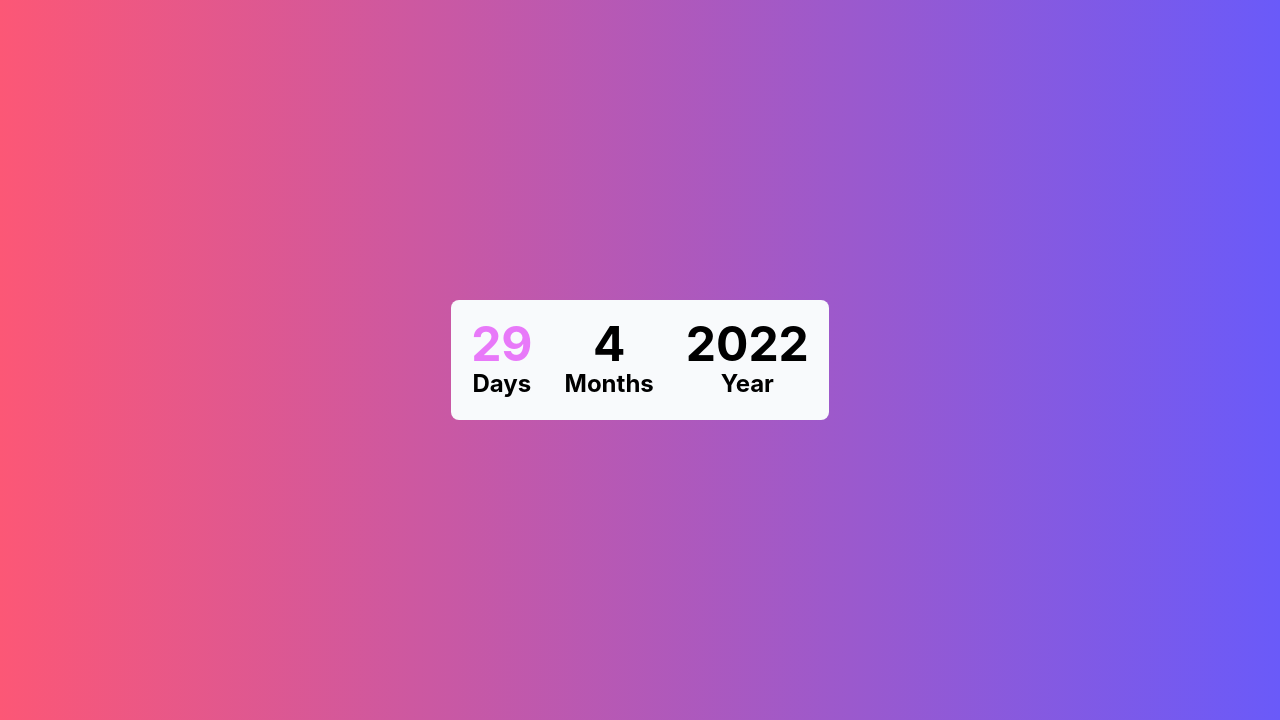
Repository: huynhsang96/bt_codegymHook
Page: /
The author's editor kept a copy of each file at every save. The page is drawn from the files as they stood at one save, then again after the next save.
The browser window is 1280 px wide. The pictures show the whole page.
The project was rebuilt for these pictures with package versions that can differ from the ones it lists, and the page was loaded fresh each time.

Above is the page before, as saved 2022-04-29 16:36:28.

### src/index.js
import React from "react";
import ReactDOM from "react-dom/client";
import "./index.css";
import App from "./App";
import reportWebVitals from "./reportWebVitals";

const root = ReactDOM.createRoot(document.getElementById("root"));
root.render(
	<React.StrictMode>
		<App />
	</React.StrictMode>
);

reportWebVitals();

### src/index.css
body {
	margin: 0;
	font-family: -apple-system, BlinkMacSystemFont, "Segoe UI", "Roboto", "Oxygen",
		"Ubuntu", "Cantarell", "Fira Sans", "Droid Sans", "Helvetica Neue",
		sans-serif;
	-webkit-font-smoothing: antialiased;
	-moz-osx-font-smoothing: grayscale;
}

code {
	font-family: source-code-pro, Menlo, Monaco, Consolas, "Courier New",
		monospace;
}
@tailwind base;
@tailwind components;
@tailwind utilities;

### src/App.js
import "./App.css";
import Clock from "./component/ClockHook/Clock";

function App() {
	return (
		<div>
			<Clock></Clock>
		</div>
	);
}

export default App;

### src/App.css
*,
*::before,
*::after {
	box-sizing: border-box;
}
* {
	margin: 0;
}

html,
body {
	height: 100%;
}
body {
	line-height: 1.5;
	-webkit-font-smoothing: antialiased;
	-webkit-tap-highlight-color: rgba(0, 0, 0, 0);

	background-image: linear-gradient(to right, #fc5776, #6a5af9);
	display: flex;
	justify-content: center;
	align-items: center;
	height: 100vh;
}

img,
picture,
video,
canvas,
svg {
	display: block;
	max-width: 100%;
}
input,
button,
textarea,
select {
	font: inherit;
	outline: none;
	border: none;
}
p,
h1,
h2,
h3,
h4,
h5,
h6 {
	overflow-wrap: break-word;
}

### src/component/ClockHook/Clock.js
import React, { useEffect, useState } from "react";

const Clock = () => {
	const [now, setNow] = useState(new Date());
	useEffect(() => {
		const timer = setInterval(() => {
			setNow(new Date());
		}, 1000);
		return () => clearInterval(timer);
	}, [now]);
	const years = now.getFullYear();
	const months = now.getMonth() + 1;
	const days = now.getDate();
	const hours = now.getHours();
	const minutes = now.getMinutes();
	const seconds = now.getSeconds();

	// console.log(seconds < 10 ? "0" + seconds : seconds);

	return (
		<div className="p-5 w-full h-full mx-auto">
			<ul className="flex flex-row gap-8 bg-slate-50 p-5 rounded-lg">
				<li className="flex flex-col justify-center text-center">
					<span className="font-bold text-5xl text-fuchsia-400">{days}</span>
					<span className="font-bold text-2xl">Days</span>
				</li>
				<li className="flex flex-col justify-center text-center">
					<span className="font-bold text-5xl">{months}</span>
					<span className="font-bold text-2xl">Months</span>
				</li>
				<li className="flex flex-col justify-center text-center">
					<span className="font-bold text-5xl">{years}</span>
					<span className="font-bold text-2xl">Year</span>
				</li>
			</ul>
		</div>
	);
};

export default Clock;

Loaded but not shown: public/index.html (common file); src/reportWebVitals.js (common file); tailwind.config.js (common file)

After the next save:
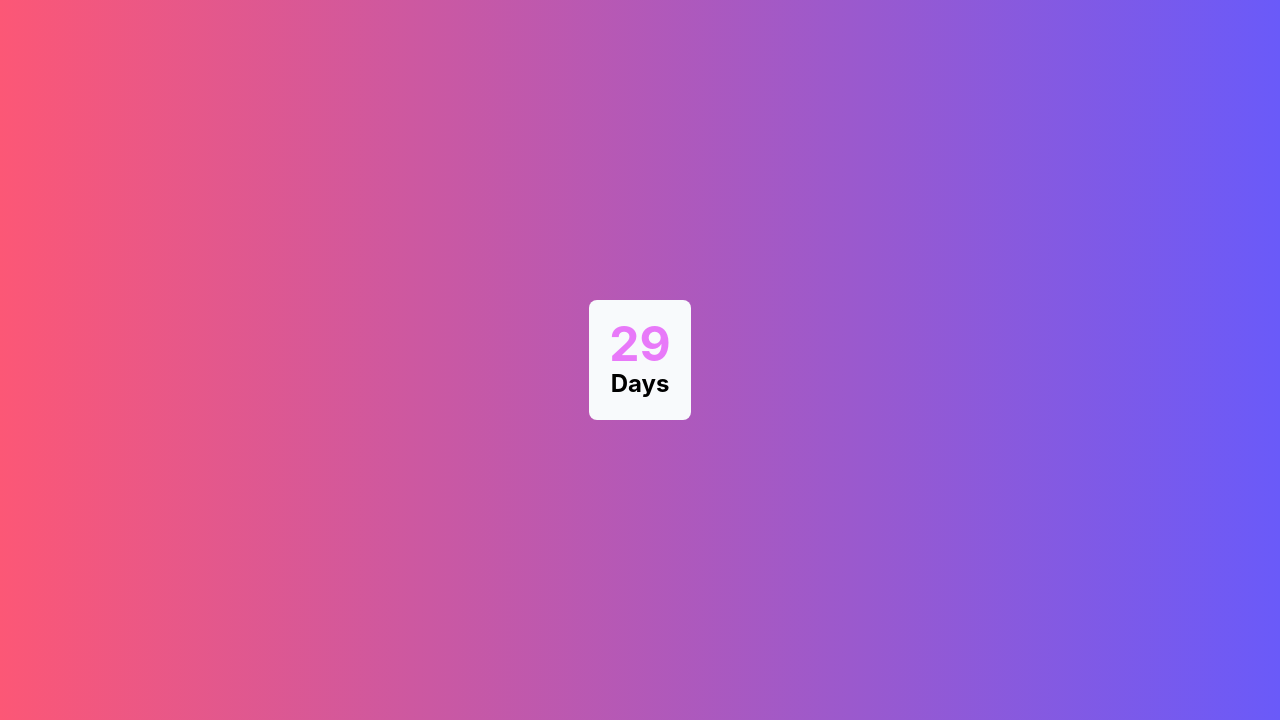
Saved 13 s later.
--- a/src/component/ClockHook/Clock.js
+++ b/src/component/ClockHook/Clock.js
@@ -24,14 +24,6 @@ const Clock = () => {
 					<span className="font-bold text-5xl text-fuchsia-400">{days}</span>
 					<span className="font-bold text-2xl">Days</span>
 				</li>
-				<li className="flex flex-col justify-center text-center">
-					<span className="font-bold text-5xl">{months}</span>
-					<span className="font-bold text-2xl">Months</span>
-				</li>
-				<li className="flex flex-col justify-center text-center">
-					<span className="font-bold text-5xl">{years}</span>
-					<span className="font-bold text-2xl">Year</span>
-				</li>
 			</ul>
 		</div>
 	);
